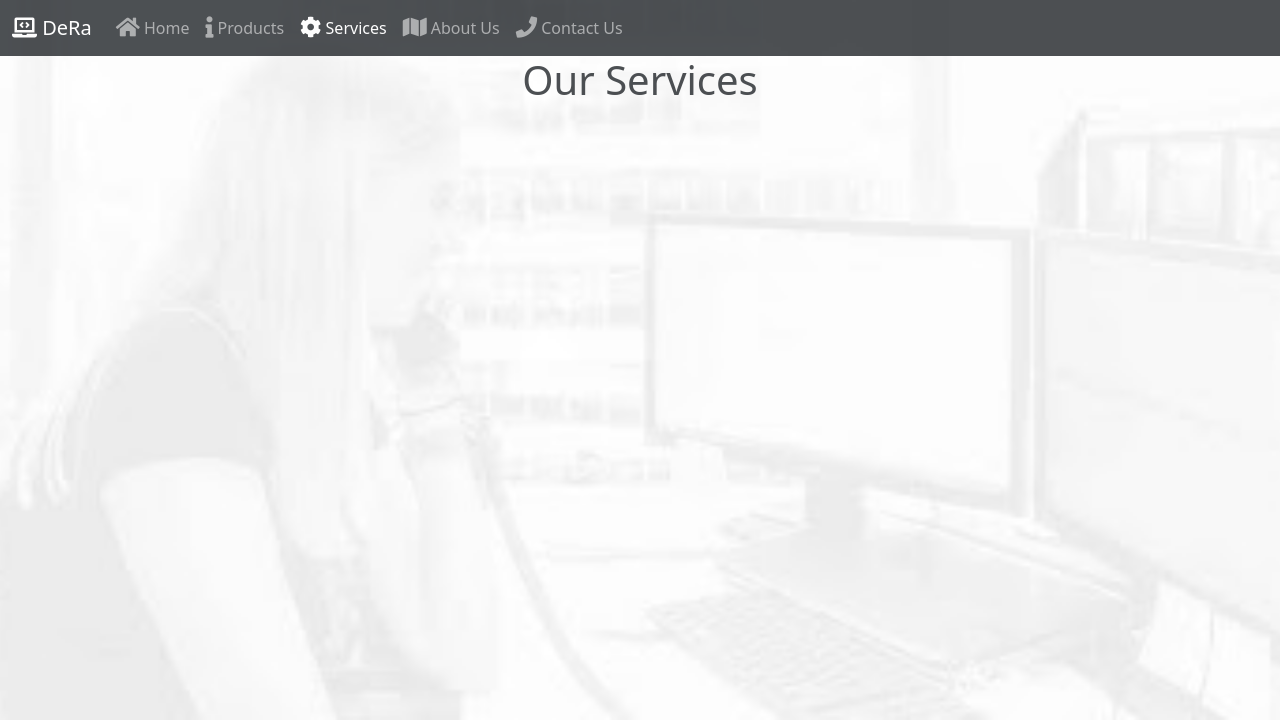
Repository: deividwsantoss/web6201-Lab1
Page: services.html
The author's editor kept a copy of each file at every save. The page is drawn from the files as they stood at one save, then again after the next save.
The browser window is 1280 px wide. The pictures show the whole page.

Above is the page before, as saved 2021-02-02 23:14:11.
Console error: TypeError: Cannot set properties of null (setting 'textContent')

After the next save:
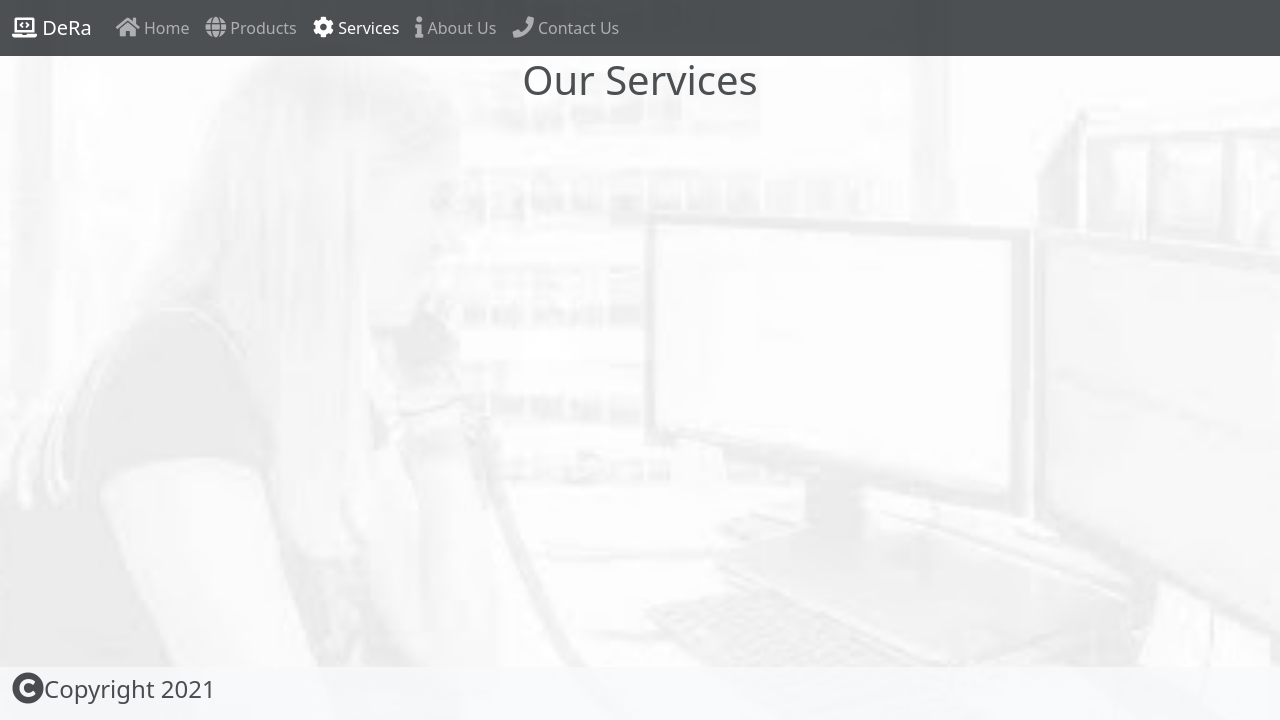
Saved 66 s later.
--- a/services.html
+++ b/services.html
@@ -25,13 +25,13 @@
                     <a class="nav-link " aria-current="page" href="Index.html"><i class="fas fa-home fa-lg"></i> Home</a>
                   </li>
                   <li class="nav-item">
-                    <a class="nav-link" aria-current="page" href="products.html"><i class="fas fa-info fa-lg"></i> Products</a>
+                    <a class="nav-link" aria-current="page" href="products.html"><i class="fas fa-globe fa-lg"></i> Products</a>
                   </li>
                   <li class="nav-item">
                     <a class="nav-link active" aria-current="page" href="services.html"><i class="fas fa-cog fa-lg"></i> Services</a>
                   </li>
                   <li class="nav-item">
-                    <a class="nav-link" aria-current="page" href="about.html"><i class="fas fa-map fa-lg"></i> About Us</a>
+                    <a class="nav-link" aria-current="page" href="about.html"><i class="fas fa-info fa-lg"></i> About Us</a>
                   </li>
                   <li class="nav-item">
                     <a class="nav-link" aria-current="page" href="contact.html"><i class="fas fa-phone fa-lg"></i> Contact Us</a>
@@ -45,12 +45,19 @@
 
     </header>
 
+<!-- Main Content-->
+<main class="container">
+  <h1 class="text-center">Our Services</h1>
+</main>
+<!-- Main Footer-->
+<footer>
+  <nav class="navbar fixed-bottom navbar-light bg-light">
+    <div class="container-fluid">
+      <h4><i class="fas fa-copyright fa-lg"></i>Copyright 2021 </h4>
+    </div>
+  </nav>
 
-    <!-- Main Content-->
-        <main class="container">
-            <h1 class="text-center">Our Services</h1>
-        </main>
-
+</footer>
     <!--- Script Section-->
     <script src="./node_modules/bootstrap/dist/js/bootstrap.bundle.min.js"></script>
     <script src="./node_modules/jquery/dist/jquery.min.js"></script>
